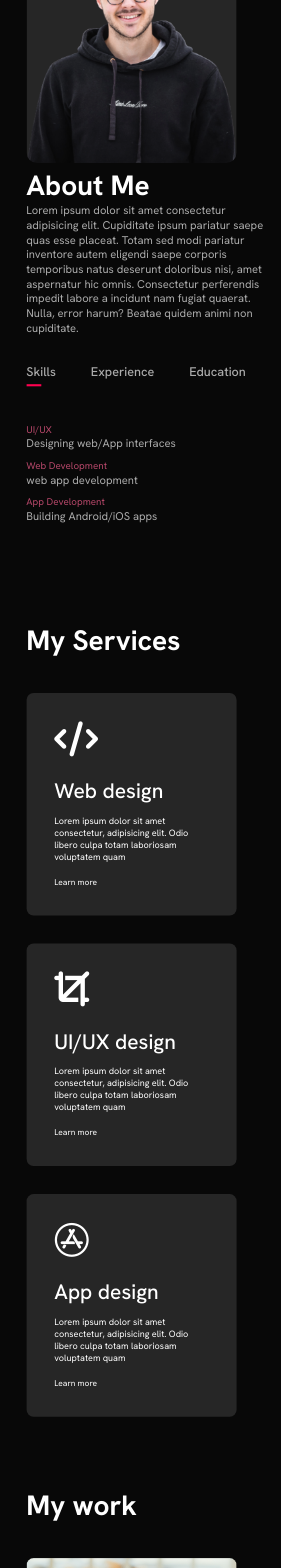
Repository: devsajid/Portfolio-website-with-HTML-CSS-JS
Page: index.html
An editor plug-in stored every save of this project. The page is shown before and after a run of saves, followed by the edit.
The browser window is 375 px wide. The page is 401 px wide, so the pictures cover 401 px, including what lies to the right of the window. The pictures show the part of the page from y = 1047 to 3287 px (the page is 5776 px tall before and 5806 px after), at 70% of full size.

Above is the page before, as saved 2022-12-28 21:37:22.

After the next 3 saves:
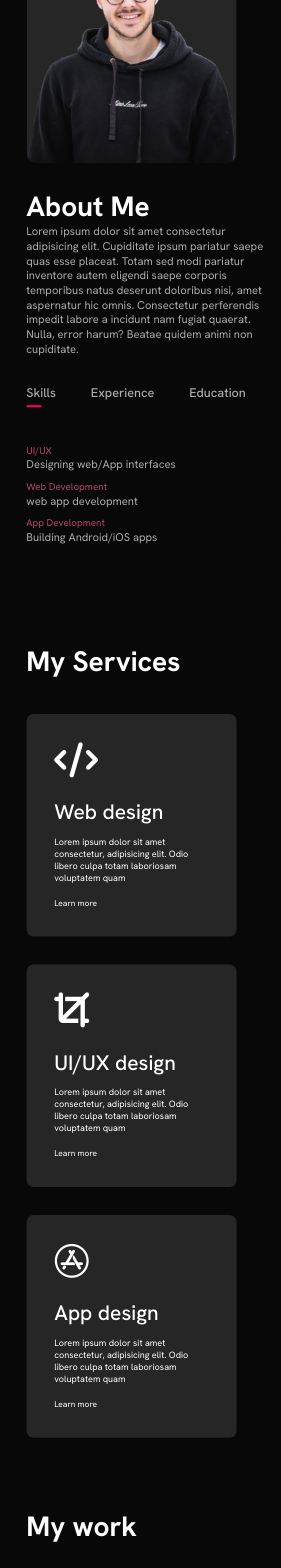
The 3 saves are shown as one change because they came seconds apart.
The last was saved 9 s later.
--- a/style.css
+++ b/style.css
@@ -373,6 +373,6 @@ nav .fas {
     flex-basis: 100%;
   }
   .about-col-1 {
-    margin-bottom: ;
-  }
-}
+    margin-bottom: 30px;
+  }
+}
